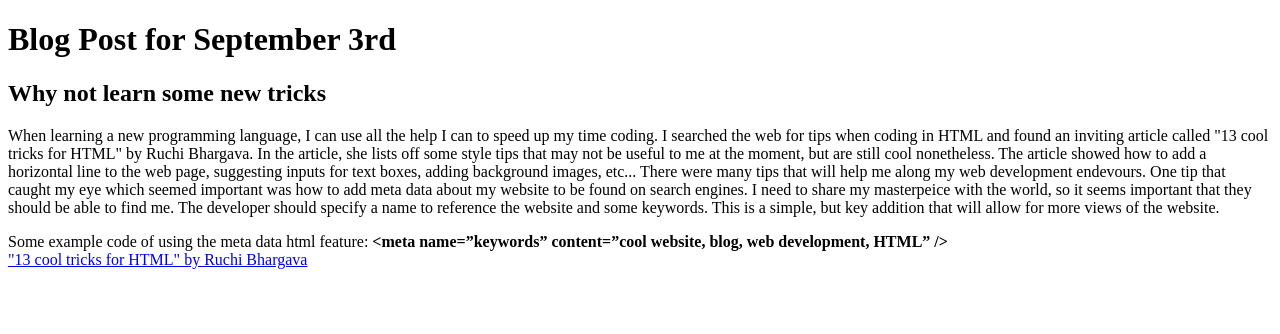
Repository: alharama/WebBlog
Page: index.html
The author's editor kept a copy of each file at every save. The page is drawn from the files as they stood at one save, then again after the next save.
The browser window is 1280 px wide. The pictures show the whole page.

Above is the page before, as saved 2021-09-09 15:40:15.

### index.html
<!DOCTYPE html>
<html>

<header>
    <title>Blog Post for September 3rd</title>
</header>

<body>

    <h1>Blog Post for September 3rd</h1>
    <h2>Why not learn some new tricks</h2>
    <p>
        When learning a new programming language, I can use all the help I can to speed
        up my time coding. I searched the web for tips when coding in HTML and found an inviting
        article called "13 cool tricks for HTML" by Ruchi Bhargava. In the article, she lists off some style
        tips that may not be useful to me at the moment, but are still cool nonetheless. The article showed
        how to add a horizontal line to the web page, suggesting inputs for text boxes, adding background images,
        etc... There were many tips that will help me along my web development endevours.
        One tip that caught my eye which seemed important was how to add meta data about my website to be
        found on search engines. I need to share my masterpeice with the world, so it seems important that they
        should be able to find me. The developer should specify a name to reference the website and some keywords.
        This is a simple, but key addition that will allow for more views of the website.
    </p>

</body>




Some example code of using the meta data html feature:
    <b>&lt;meta name=”keywords” content=”cool website, blog, web development, HTML” /></b>



<footer>
    <a href="https://www.freelancer.com/articles/web-development/13-cool-tricks-for-html" target="_blank">"13 cool
        tricks for HTML" by Ruchi Bhargava</a>
</footer>

</html>

After the next save:
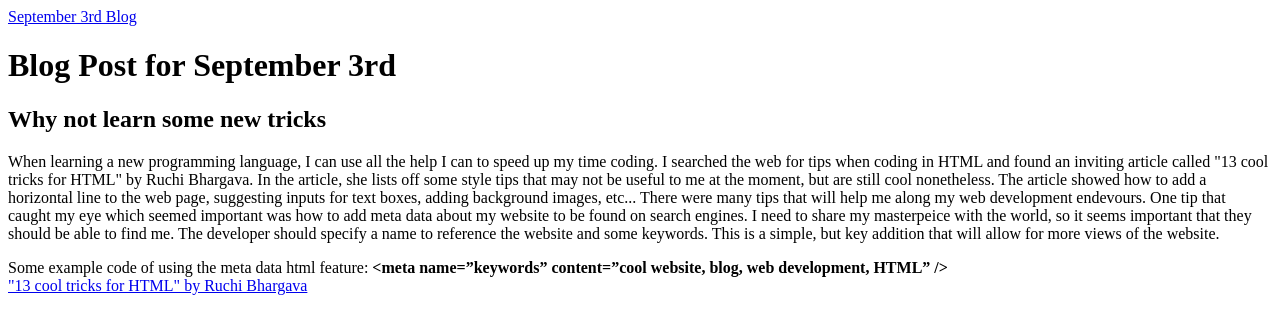
Saved 99 s later.
--- a/index.html
+++ b/index.html
@@ -1,4 +1,9 @@
 <!DOCTYPE html>
+
+<head>
+    <a href="#September3rd"> September 3rd Blog</a>
+
+</head>
 <html>
 
 <header>
